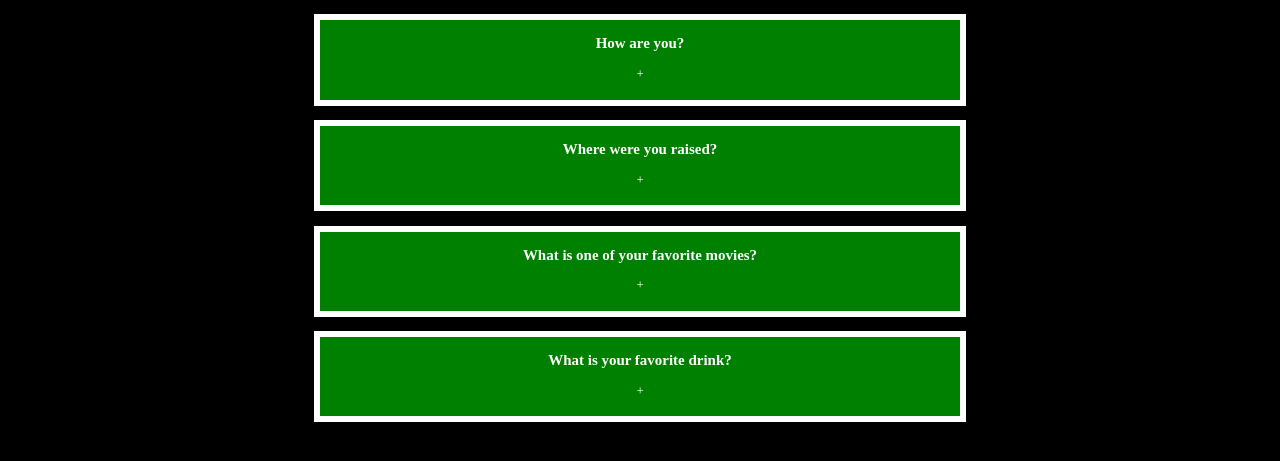
Repository: kosenijr/react-projects
Page: / (app in accordion/)
These files come from the project's save history. The page is drawn as it stood at one moment and after the next save; the edit follows.
The browser window is 1280 px wide. The pictures show the whole page.
The project was rebuilt for these pictures with package versions that can differ from the ones it lists, and the page was loaded fresh each time.

Above is the page before, as saved 2024-03-02 23:02:42.

### accordion/src/App.js
import React from "react";
import "./App.css";
import SingleSelection from "./components/SingleSelection";

function App() {
  return (
    <div className="App">
      <SingleSelection />
    </div>
  );
}

export default App;

### accordion/src/components/SingleSelection.js
import React, { useState } from "react";
import "../styles/SingleSelection.css";
import data from "../data";

function Accordion() {
  // setting up useState
  const [selected, setSelected] = useState(null);
  // setting up handling
  const handleSingleSelection = (getCurrentId) => {
    console.log(selected, getCurrentId);
    // setSelected(getCurrentId === selected ? null : getCurrentId); // keep add condition for closure
    setSelected(selected !== getCurrentId ? getCurrentId : null)
  };

  return (
    <div className="wrapper">
      {/* single selection accordion */}
      <div className="accordion">
        {data && data.length > 0 ? (
          data.map((dataItem) => (
            <div className="item" key={dataItem.id}>
              {" "}
              {/* always remember to add key */}
              <div
                className="title"
                onClick={() => handleSingleSelection(dataItem.id)}
              >
                <h3>{dataItem.question}</h3>
                <span>+</span>
              </div>
              {selected === dataItem.id ? (
                <div className="content ">{dataItem.answer}</div>
              ) : null}
            </div>
          ))
        ) : (
          <div>No data found!</div>
        )}
      </div>
    </div>
  );
}

export default Accordion;

### accordion/src/styles/SingleSelection.css
.wrapper {
  display: flex;
  justify-content: center;
  height: 100vh;
  width: 100vw;
  /* position: fixed; */
  background-color: black
}
.accordion {
  color: white;
}

.item {
  background-color: green;
  font-size: 0.8em;
  font-family: "Raleway", "Times New Roman";
  margin: 2vh auto;
  padding-bottom: 1vh;
  height: 10vh;
  width: 50vw;
  border: 0.5em solid white
}

.content {
  font-size: 1.2em;
  font-family:  "Raleway", "Times New Roman";
  font-weight: 600;
}

### accordion/src/data.js
const data = [
  {
    id: 1,
    question: "How are you?",
    answer: "I am well!",
  },

  {
    id: 2,
    question: "Where were you raised?",
    answer: "I was raised in Queens.",
  },

  {
    id: 3,
    question: "What is one of your favorite movies?",
    answer: "Harlem Nights",
  },

  {
    id: 4,
    question: "What is your favorite drink?",
    answer: "Water",
  },
];

export default data;

Loaded but not shown: accordion/public/index.html (common file); accordion/src/index.js (common file); accordion/src/index.css (common file); accordion/src/reportWebVitals.js (common file); accordion/src/App.css (common file)

After the next save:
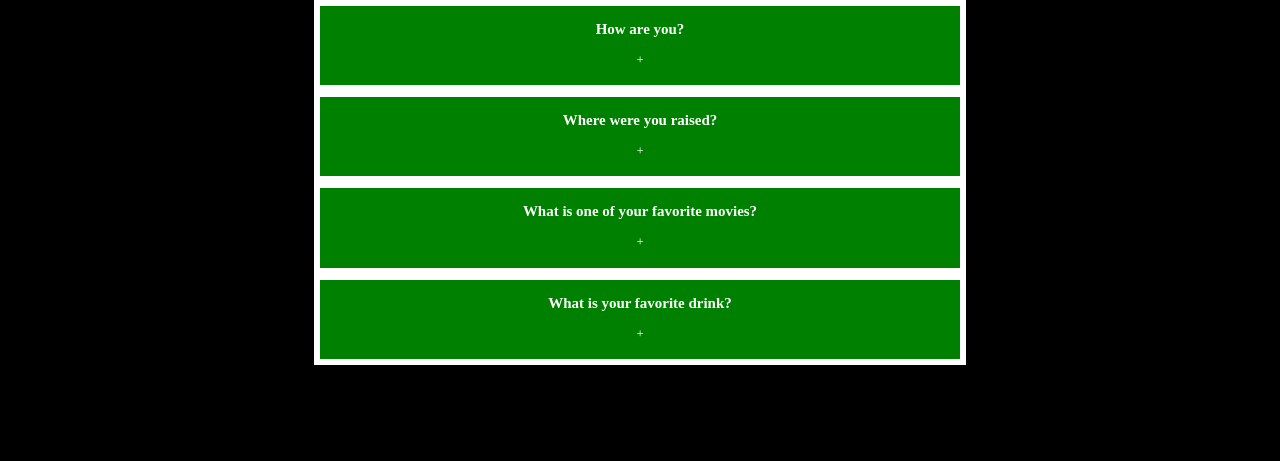
Saved 7 s later.
--- a/accordion/src/styles/SingleSelection.css
+++ b/accordion/src/styles/SingleSelection.css
@@ -14,7 +14,7 @@
   background-color: green;
   font-size: 0.8em;
   font-family: "Raleway", "Times New Roman";
-  margin: 2vh auto;
+  /* margin: 2vh auto; */
   padding-bottom: 1vh;
   height: 10vh;
   width: 50vw;

After the save that followed:
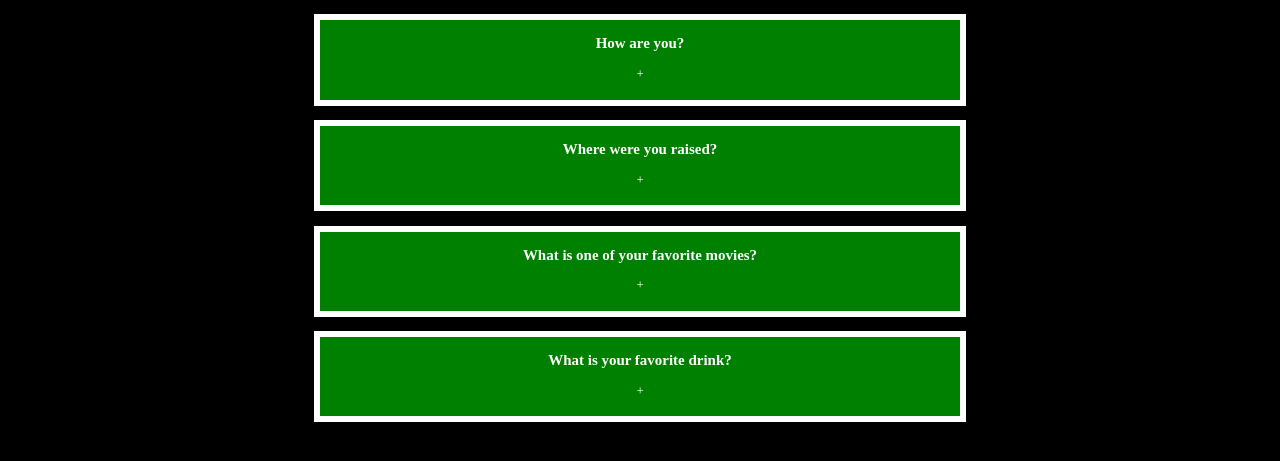
Saved 16 s later.
--- a/accordion/src/styles/SingleSelection.css
+++ b/accordion/src/styles/SingleSelection.css
@@ -1,6 +1,6 @@
 .wrapper {
   display: flex;
-  justify-content: center;
+  justify-content: space-evenly;
   height: 100vh;
   width: 100vw;
   /* position: fixed; */
@@ -14,7 +14,7 @@
   background-color: green;
   font-size: 0.8em;
   font-family: "Raleway", "Times New Roman";
-  /* margin: 2vh auto; */
+  margin: 2vh auto;
   padding-bottom: 1vh;
   height: 10vh;
   width: 50vw;
